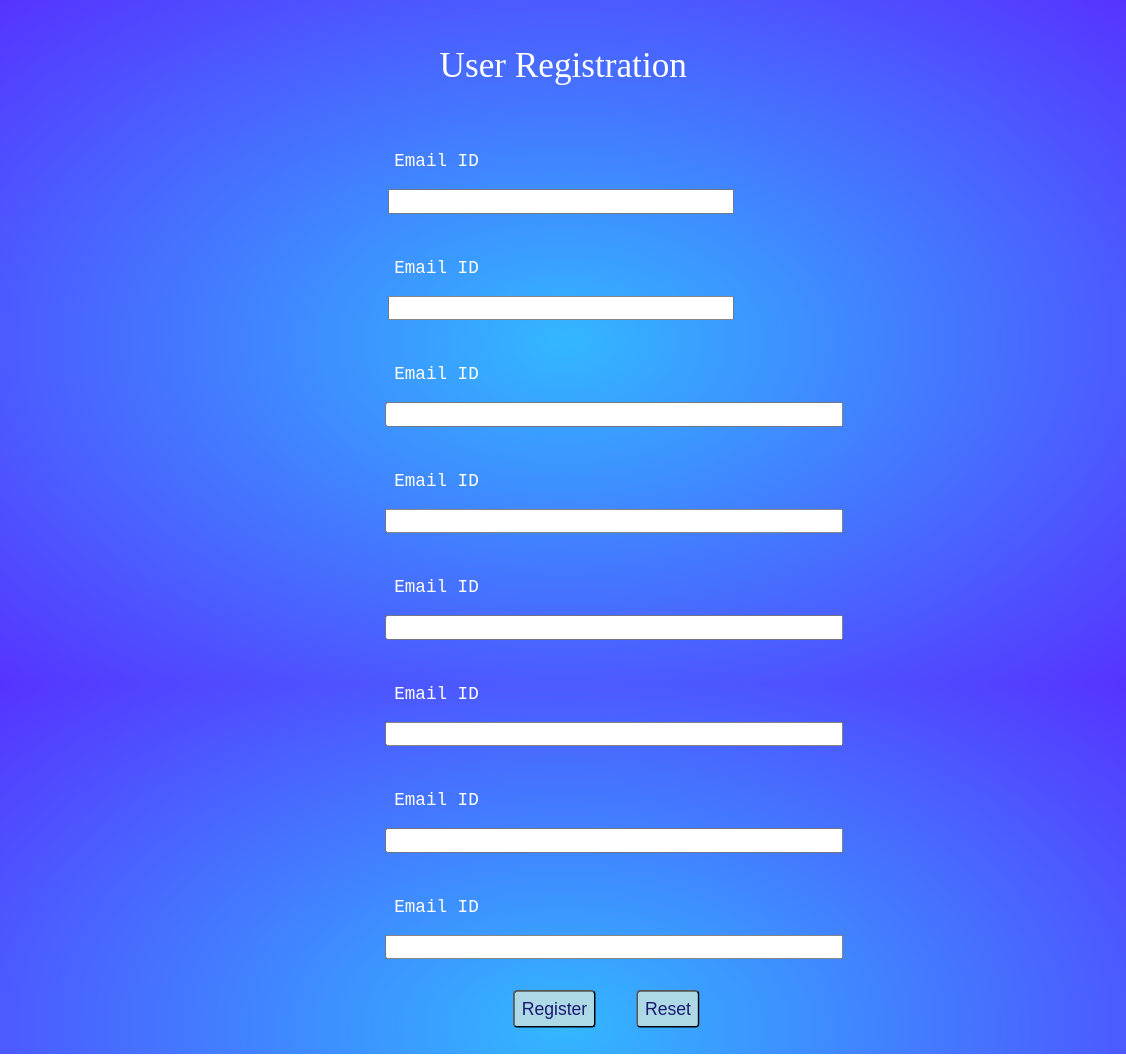
Repository: ShreyasG27/Amdocs-Training
Page: http://localhost/e-learning-frontend/register.jsp
The author's editor kept a copy of each file at every save. The page is drawn from the files as they stood at one save, then again after the next save.
The browser window is 1280 px wide. The pictures show the whole page, at 88% of full size.
The page is served by Tomcat 9. Other server files are loaded and not shown.

Above is the page before, as saved 2021-08-22 14:36:02.

### e-learning-frontend/src/main/webapp/register.jsp
<%@ page language="java" contentType="text/html; charset=ISO-8859-1"
    pageEncoding="ISO-8859-1"%>
<!DOCTYPE html>
<html>
<head>
<meta charset="ISO-8859-1">
<title>Registration Page</title>
<style>
body{
	background-image: radial-gradient(#33B7FF,#5633ff);
	color: white;
	height: 100vh;
}
.heading{
font-size:40px;
margin-top: 50px;
}
.submitbutton{
	margin-left:450px;
	padding:8px;
	font-size:20px;
	color: midnightblue;
	background-color:lightblue;
	border-radius:5px;
	margin-top: 20px;
}
.submitbutton:hover{
	margin-left:450px;
	padding:8px;
	font-size:20px;
	color: midnightblue;
	background-color:cyan;
	border-radius:5px;
	margin-top: 20px;
}
.resetbutton{
	margin-left:30px;
	padding:8px;
	font-size:20px;
	color: midnightblue;
	background-color:lightblue;
	border-radius:5px;
	margin-top: 20px;
}
.resetbutton:hover{
	margin-left:30px;
	padding:8px;
	font-size:20px;
	color: midnightblue;
	background-color:cyan;
	border-radius:5px;
	margin-top: 20px;
}
.inputfld{
	margin-left: 430px;
	padding: 5px;
	broder-radius:10px;
	font-size:12px;
	width:40%;
}
.inputfld1{
	margin-left: 425px;
	padding: 5px;
	broder-radius:10px;
	font-size:12px;
	width:30%;
}
.inputfld2{
	margin-left: 438px;
	padding: 5px;
	broder-radius:10px;
	font-size:12px;
	width:30%;
}
.txtfld{
	font-size:20px;
	margin-left:440px;
}
</style>
</head>
<body>
<center><p class="heading">User Registration</p></center>
<form action="register" method="POST">
    <pre>
    <p class="txtfld">Email ID</p> <input class="inputfld1" type="number" name="userid"><br>
    <p class="txtfld">Email ID</p> <input class="inputfld1" type="text" name="name"><br>
    <p class="txtfld">Email ID</p><input class="inputfld" type="email" name="email"><br>
   <p class="txtfld">Email ID</p><input class="inputfld" type="password" name="password"><br>
    <p class="txtfld">Email ID</p><input class="inputfld" type="text" name="address"><br>
    <p class="txtfld">Email ID</p><input class="inputfld" type="number" name="phone"><br>
    <p class="txtfld">Email ID</p><input class="inputfld" type="text" name="image"><br>
    <p class="txtfld">Email ID</p><input class="inputfld" type="text" name="date"><br>
                <input class="submitbutton" type="submit" value="Register">  <input class="resetbutton" type="reset" value="Reset"><br>
    </pre>
</form>

</body>
</html>

After the next save:
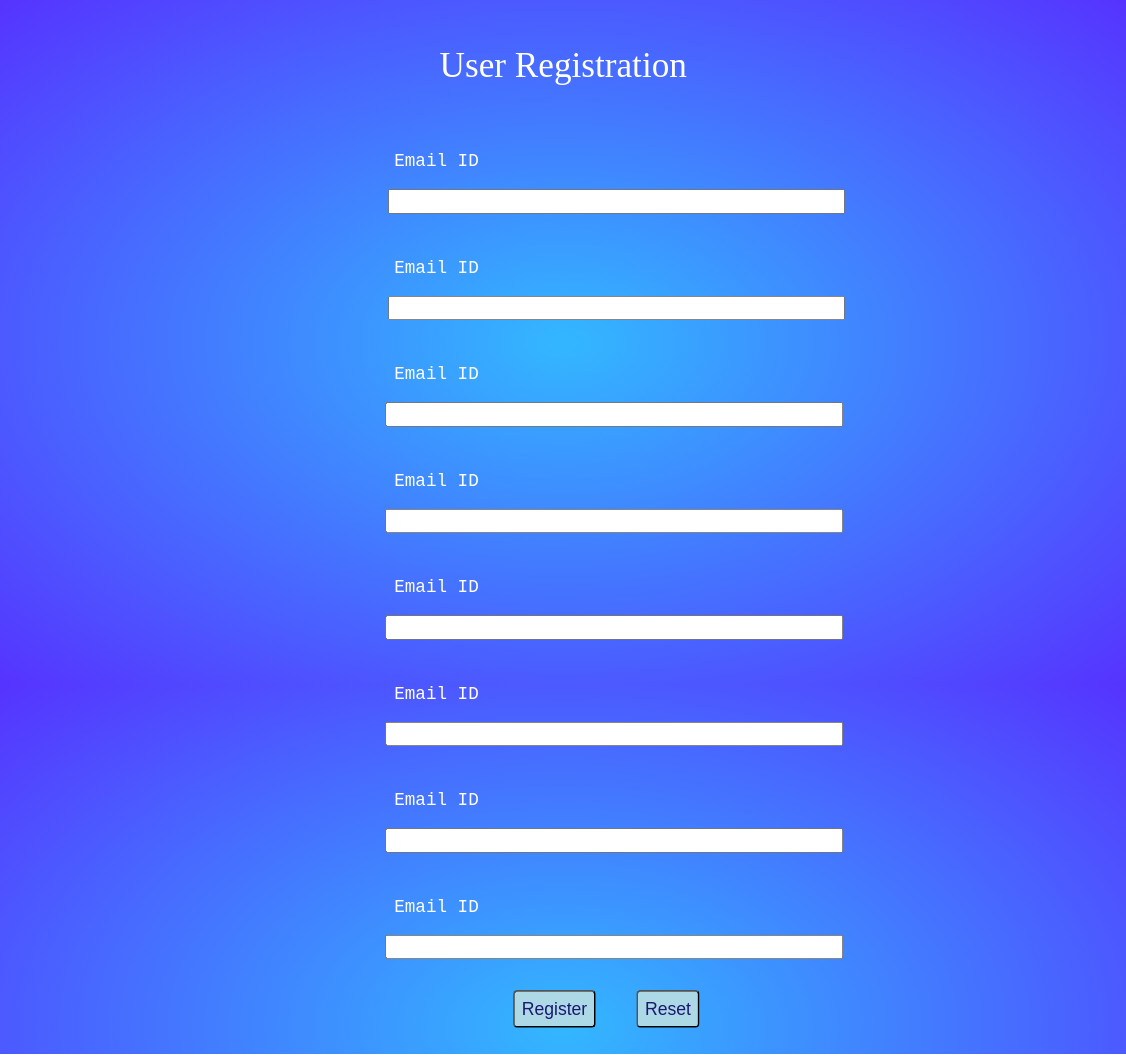
Saved 28 s later.
--- a/e-learning-frontend/src/main/webapp/register.jsp
+++ b/e-learning-frontend/src/main/webapp/register.jsp
@@ -63,7 +63,7 @@ margin-top: 50px;
 	padding: 5px;
 	broder-radius:10px;
 	font-size:12px;
-	width:30%;
+	width:40%;
 }
 .inputfld2{
 	margin-left: 438px;
